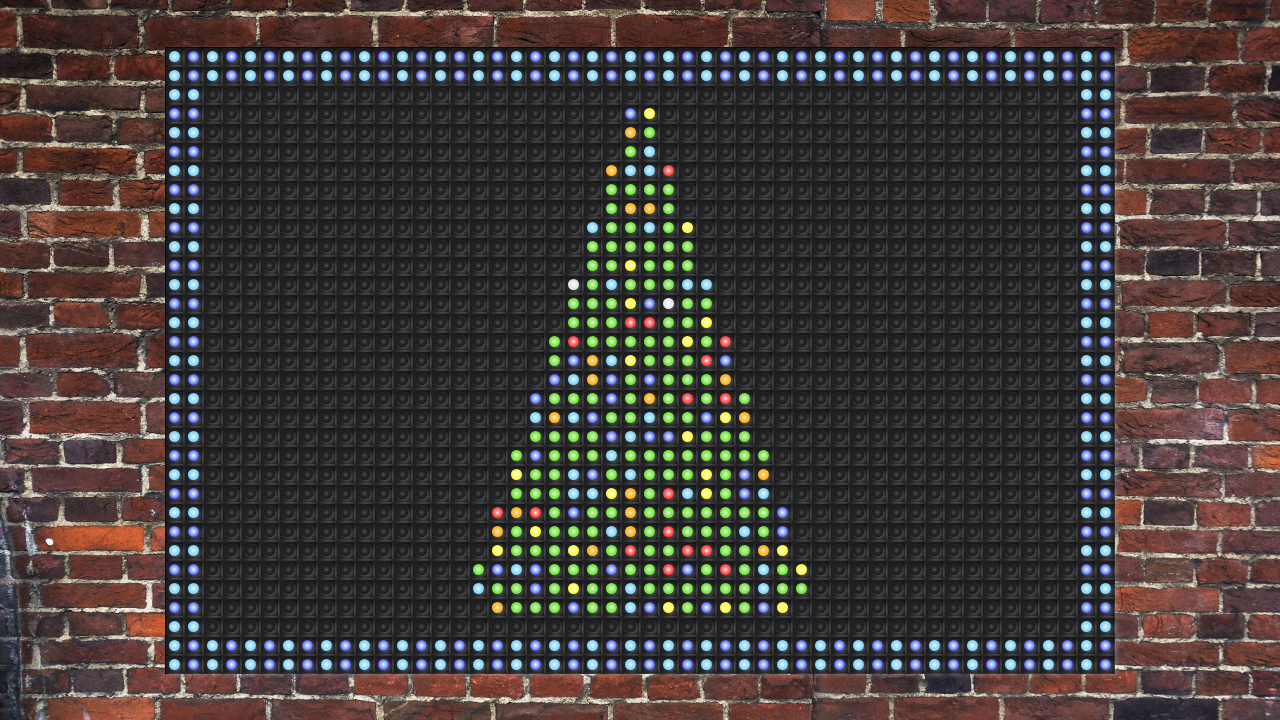
Repository: NadiaSchmitz/christmas
Page: index.html
The author's editor kept a record of every edit. The page is drawn from the files as they stood at one moment, then again after the next edit.
The browser window is 1280 px wide. The pictures show the whole page.

Above is the page before.

### index.html
<!DOCTYPE html>
<html>

<head>
  <meta charset="utf-8" />
  <title>Christmas</title>
  <link rel="stylesheet" href="./styles/reset.css" type="text/css" />
  <link rel="stylesheet" href="./styles/style.css" type="text/css" />
  <link rel="stylesheet" href="./styles/background.css" type="text/css" />
  <meta name="viewport" content="width=device-width, initial-scale=1.0">
  <link rel="shortcut icon" href="./images/favicon.png" type="image/x-icon">
  <script src="https://ajax.googleapis.com/ajax/libs/jquery/2.2.0/jquery.min.js"></script>
</head>

<body>
  <section id="christmas">
  <section class="wrapper"></section>
  </section>
  <script type="text/javascript" src="./js/disco.js"></script>
</body>

</html>


<!--https://mp3-tut.click/music/46634

Подробнее – на Mp3-Tut – https://mp3-tut.click/christmas-music-christmas-hits/46634-rockin-around-the-christmas-tree-->

### styles/reset.css
html, body, div, span, applet, object, iframe,
h1, h2, h3, h4, h5, h6, p, blockquote, pre,
a, abbr, acronym, address, big, cite, code,
del, dfn, em, img, ins, kbd, q, s, samp,
small, strike, strong, sub, sup, tt, var,
b, u, i, center,
dl, dt, dd, ol, ul, li,
fieldset, form, label, legend,
table, caption, tbody, tfoot, thead, tr, th, td,
article, aside, canvas, details, embed,
figure, figcaption, footer, header, hgroup,
menu, nav, output, ruby, section, summary,
time, mark, audio, video {
	margin: 0;
	padding: 0;
	box-sizing: border-box;
	border: 0;
	font-size: 100%;
	font: inherit;
	vertical-align: baseline;
}
/* HTML5 display-role reset for older browsers */
article, aside, details, figcaption, figure,
footer, header, hgroup, menu, nav, section {
	display: block;
}
body {
	line-height: 1;
}
ol, ul {
	list-style: none;
}
blockquote, q {
	quotes: none;
}
blockquote:before, blockquote:after,
q:before, q:after {
	content: '';
	content: none;
}
table {
	border-collapse: collapse;
	border-spacing: 0;
}

### styles/style.css
body {}

#christmas {
  min-height: calc(100vH);
  background-color: #000000;
  background-image: url(../images/christmas.jpg);
  background-size: cover;
}

.wrapper {
  background-color: #000000;
  text-align: center;
  margin: 0 auto;
}

.lamp_wrapper {
  display: inline-block;
  vertical-align: top;
  box-sizing: border-box;
  margin: 1px;
  padding: 3px;
  -webkit-box-shadow: 2px 2px 5px 0px rgba(242, 245, 247, 0.4);
  -moz-box-shadow: 2px 2px 5px 0px rgba(242, 245, 247, 0.4);
  box-shadow: 2px 2px 5px 0px rgba(242, 245, 247, 0.3);
}

.lamp_wrapper div {
  border-radius: 50%;
  box-sizing: border-box;
  -webkit-box-shadow: 2px 2px 5px 0px rgba(242, 245, 247, 0.4);
  -moz-box-shadow: 2px 2px 5px 0px rgba(242, 245, 247, 0.4);
  box-shadow: 2px 2px 5px 0px rgba(242, 245, 247, 0.3);
  background: rgb(78, 75, 75);
  background: radial-gradient(circle, rgba(78, 75, 75, 1) 0%, rgba(38, 38, 38, 1) 36%, rgba(22, 21, 21, 1) 100%);

}

#color_0 div {
  background: rgb(249, 249, 249);
  background: radial-gradient(circle, rgba(249, 249, 249, 1) 0%, rgba(255, 115, 115, 1) 36%, rgba(255, 0, 0, 1) 100%);
  animation: red_white 4s infinite;
}

#color_1 div {
  background: rgb(249, 249, 249);
  background: radial-gradient(circle, rgba(249, 249, 249, 1) 0%, rgba(255, 192, 64, 1) 36%, rgba(255, 171, 0, 1) 100%);
  animation: orange_yellow 4s infinite;
}

#color_2 div {
  background: rgb(249, 249, 249);
  background: radial-gradient(circle, rgba(249, 249, 249, 1) 0%, rgba(255, 253, 115, 1) 36%, rgba(255, 252, 0, 1) 100%);
  animation: yellow_orange 4s infinite;
}

#color_3 div {
  background: rgb(249, 249, 249);
  background: radial-gradient(circle, rgba(249, 249, 249, 1) 0%, rgba(149, 238, 107, 1) 36%, rgba(72, 221, 0, 1) 100%);
}

#color_4 div {
  background: rgb(249, 249, 249);
  background: radial-gradient(circle, rgba(249, 249, 249, 1) 0%, rgba(163, 225, 255, 1) 36%, rgba(88, 200, 255, 1) 100%);
  animation: lightblue_blue 4s infinite;
}

#color_5 div {
  background: rgb(249, 249, 249);
  background: radial-gradient(circle, rgba(249, 249, 249, 1) 0%, rgba(150, 181, 251, 1) 36%, rgba(33, 2, 227, 1) 100%);
  animation: blue_violet 4s infinite;
}

#color_6 div {
  background: rgb(249, 249, 249);
  background: radial-gradient(circle, rgba(249, 249, 249, 1) 0%, rgba(191, 129, 226, 1) 36%, rgba(138, 36, 166, 1) 100%);
}

#color_6 div {
  background: rgb(249, 249, 249);
  background: radial-gradient(circle, rgba(249, 249, 249, 1) 0%, rgba(191, 129, 226, 1) 36%, rgba(138, 36, 166, 1) 100%);
  animation: violet_blue 4s infinite;
}

#color_7 div {
  background: rgb(255, 255, 255);
  background: radial-gradient(circle, rgba(255, 255, 255, 1) 0%, rgb(236 236 239) 36%, rgb(223 221 221) 100%);
  animation: white_red 4s infinite;
}

#color_8 div {
  background: rgb(78, 75, 75);
  background: radial-gradient(circle, rgba(78, 75, 75, 1) 0%, rgba(38, 38, 38, 1) 36%, rgba(22, 21, 21, 1) 100%);
}

@keyframes red_white {
  0% {
    background: rgb(249, 249, 249);
    background: radial-gradient(circle, rgba(249, 249, 249, 1) 0%, rgba(255, 115, 115, 1) 36%, rgba(255, 0, 0, 1) 100%);
  }
  50% {
    background: rgb(255, 255, 255);
    background: radial-gradient(circle, rgba(255, 255, 255, 1) 0%, rgb(236 236 239) 36%, rgb(223 221 221) 100%);
  }
  100% {
    background: rgb(249, 249, 249);
    background: radial-gradient(circle, rgba(249, 249, 249, 1) 0%, rgba(255, 115, 115, 1) 36%, rgba(255, 0, 0, 1) 100%);
  }
}

@keyframes white_red {
  0% {
    background: rgb(255, 255, 255);
    background: radial-gradient(circle, rgba(255, 255, 255, 1) 0%, rgb(236 236 239) 36%, rgb(223 221 221) 100%);
  }
  50% {
    background: rgb(249, 249, 249);
    background: radial-gradient(circle, rgba(249, 249, 249, 1) 0%, rgba(255, 115, 115, 1) 36%, rgba(255, 0, 0, 1) 100%);
  }
  100% {
    background: rgb(255, 255, 255);
    background: radial-gradient(circle, rgba(255, 255, 255, 1) 0%, rgb(236 236 239) 36%, rgb(223 221 221) 100%);
  }
}

@keyframes yellow_orange {
  0% {
    background: rgb(249, 249, 249);
    background: radial-gradient(circle, rgba(249, 249, 249, 1) 0%, rgba(255, 253, 115, 1) 36%, rgba(255, 252, 0, 1) 100%);
  }
  50% {
    background: rgb(249, 249, 249);
    background: radial-gradient(circle, rgba(249, 249, 249, 1) 0%, rgba(255, 192, 64, 1) 36%, rgba(255, 171, 0, 1) 100%);
  }
  100% {
    background: rgb(249, 249, 249);
    background: radial-gradient(circle, rgba(249, 249, 249, 1) 0%, rgba(255, 253, 115, 1) 36%, rgba(255, 252, 0, 1) 100%);
  }
}

@keyframes orange_yellow {
  0% {
    background: rgb(249, 249, 249);
    background: radial-gradient(circle, rgba(249, 249, 249, 1) 0%, rgba(255, 192, 64, 1) 36%, rgba(255, 171, 0, 1) 100%);
  }
  50% {
    background: rgb(249, 249, 249);
    background: radial-gradient(circle, rgba(249, 249, 249, 1) 0%, rgba(255, 253, 115, 1) 36%, rgba(255, 252, 0, 1) 100%);
  }
  100% {
    background: rgb(249, 249, 249);
    background: radial-gradient(circle, rgba(249, 249, 249, 1) 0%, rgba(255, 192, 64, 1) 36%, rgba(255, 171, 0, 1) 100%);
  }
}

@keyframes violet_blue {
  0% {
    background: rgb(249, 249, 249);
    background: radial-gradient(circle, rgba(249, 249, 249, 1) 0%, rgba(191, 129, 226, 1) 36%, rgba(138, 36, 166, 1) 100%);
  }
  50% {
    background: rgb(249, 249, 249);
    background: radial-gradient(circle, rgba(249, 249, 249, 1) 0%, rgba(150, 181, 251, 1) 36%, rgba(33, 2, 227, 1) 100%);
  }
  100% {
    background: rgb(249, 249, 249);
    background: radial-gradient(circle, rgba(249, 249, 249, 1) 0%, rgba(191, 129, 226, 1) 36%, rgba(138, 36, 166, 1) 100%);
  }
}

@keyframes blue_violet {
  0% {
    background: rgb(249, 249, 249);
    background: radial-gradient(circle, rgba(249, 249, 249, 1) 0%, rgba(150, 181, 251, 1) 36%, rgba(33, 2, 227, 1) 100%);
  }
  50% {
    background: rgb(249, 249, 249);
    background: radial-gradient(circle, rgba(249, 249, 249, 1) 0%, rgba(191, 129, 226, 1) 36%, rgba(138, 36, 166, 1) 100%);
  }
  100% {
    background: rgb(249, 249, 249);
    background: radial-gradient(circle, rgba(249, 249, 249, 1) 0%, rgba(150, 181, 251, 1) 36%, rgba(33, 2, 227, 1) 100%);
  }
}

@keyframes lightblue_blue {
  0% {
    background: rgb(249, 249, 249);
    background: radial-gradient(circle, rgba(249, 249, 249, 1) 0%, rgba(163, 225, 255, 1) 36%, rgba(88, 200, 255, 1) 100%);
  }
  50% {
    background: rgb(249, 249, 249);
    background: radial-gradient(circle, rgba(249, 249, 249, 1) 0%, rgba(150, 181, 251, 1) 36%, rgba(33, 2, 227, 1) 100%);
  }
  100% {
    background: rgb(249, 249, 249);
    background: radial-gradient(circle, rgba(249, 249, 249, 1) 0%, rgba(163, 225, 255, 1) 36%, rgba(88, 200, 255, 1) 100%);
  }
}

### styles/background.css
.lamp_wrapper {
  background-image: url('data:[embedded picture, 2847 characters]');
}

### js/disco.js
var colorClass = [
  "color_0",
  "color_1",
  "color_2",
  "color_3",
  "color_4",
  "color_5",
  "color_6",
  "color_7",
  "color_8"
];

var text = [467, 468, 469, 471, 472, 475, 476, 477, 479, 481, 483, 484, 517, 521, 523, 525, 527, 529, 531, 533, 567, 568, 571, 572, 575, 577, 579, 580, 581, 583, 584, 617, 621, 622, 625, 627, 629, 631, 633, 667, 671, 673, 675, 676, 677, 679, 681, 683, 684, 804, 808, 810, 811, 813, 815, 817, 819, 822, 825, 829, 830, 832, 834, 836, 837, 838, 840, 841, 843, 846, 854, 858, 860, 863, 865, 867, 867, 869, 870, 872, 874, 876, 878, 882, 884, 887, 890, 893, 894, 896, 904, 906, 908, 910, 911, 913, 915, 916, 917, 919, 921, 922, 924, 926, 928, 932, 933, 934, 937, 940, 941, 943, 945, 946, 955, 957, 960, 963, 965, 967, 969, 972, 974, 975, 976, 978, 982, 984, 987, 990, 993, 996, 1005, 1007, 1010, 1011, 1013, 1015, 1017, 1019, 1022, 1024, 1026, 1029, 1030, 1032, 1034, 1037, 1040, 1041, 1043, 1046];

var tree = [174, 175, 224, 225, 274, 275, 323, 324, 325, 326, 373, 374, 375, 376, 423, 424, 425, 426, 472, 473, 474, 475, 476, 477, 522, 523, 524, 525, 526, 527, 572, 573, 574, 575, 576, 577, 621, 622, 623, 624, 625, 626, 627, 628, 671, 672, 673, 674, 675, 676, 677, 678, 721, 722, 723, 724, 725, 726, 727, 728, 770, 771, 772, 773, 774, 775, 776, 777, 778, 779, 820, 821, 822, 823, 824, 825, 826, 827, 828, 829, 870, 871, 872, 873, 874, 875, 876, 877, 878, 879, 919, 920, 921, 922, 923, 924, 925, 926, 927, 928, 929, 930, 969, 970, 971, 972, 973, 974, 975, 976, 977, 978, 979, 980, 1019, 1020, 1021, 1022, 1023, 1024, 1025, 1026, 1027, 1028, 1029, 1030, 1068, 1069, 1070, 1071, 1072, 1073, 1074, 1075, 1076, 1077, 1078, 1079, 1080, 1081, 1118, 1119, 1120, 1121, 1122, 1123, 1124, 1125, 1126, 1127, 1128, 1129, 1130, 1131, 1168, 1169, 1170, 1171, 1172, 1173, 1174, 1175, 1176, 1177, 1178, 1179, 1180, 1181, 1217, 1218, 1219, 1220, 1221, 1222, 1223, 1224, 1225, 1226, 1227, 1228, 1229, 1230, 1231, 1232, 1267, 1268, 1269, 1270, 1271, 1272, 1273, 1274, 1275, 1276, 1277, 1278, 1279, 1280, 1281, 1282, 1317, 1318, 1319, 1320, 1321, 1322, 1323, 1324, 1325, 1326, 1327, 1328, 1329, 1330, 1331, 1332, 1366, 1367, 1368, 1369, 1370, 1371, 1372, 1373, 1374, 1375, 1376, 1377, 1378, 1379, 1380, 1381, 1382, 1383, 1416, 1417, 1418, 1419, 1420, 1421, 1422, 1423, 1424, 1425, 1426, 1427, 1428, 1429, 1430, 1431, 1432, 1433, 1467, 1468, 1469, 1470, 1471, 1472, 1473, 1474, 1475, 1476, 1477, 1478, 1479, 1480, 1481, 1482];

var ball_1 = [374, 375, 424, 425, 474, 475];

var ball_2 = [523, 524, 525, 526, 572, 573, 621, 622, 670, 671, 719, 720, 769, 770, 819, 820, 869, 870, 919, 920, 969, 970, 1019, 1020, 1069, 1070, 1120, 1121, 1171, 1172, 1222, 1223, 1273, 1274, 1275, 1276, 1324, 1325, 1226, 1227, 1177, 1178, 1128, 1129, 729, 730, 779, 780, 829, 830, 879, 880, 929, 930, 979, 980, 1029, 1030, 1079, 1080, 678, 679, 627, 628, 576, 577];

var ball_3 = [574, 575, 623, 624, 625, 626, 672, 673, 721, 722, 771, 772, 821, 822, 871, 872, 921, 922, 971, 972, 1021, 1022, 1071, 1072, 1122, 1123, 1173, 1174, 1175, 1176, 1224, 1225, 1126, 1127, 727, 728, 777, 778, 827, 828, 877, 878, 927, 928, 977, 978, 1027, 1028, 1077, 1078, 676, 677];

var ball_4 = [674, 675, 723, 724, 725, 726, 773, 774, 775, 776, 823, 824, 825, 826, 873, 923, 973, 974, 975, 976, 1023, 1024, 1025, 1026, 1073, 1074, 1075, 1076, 1124, 1125, 876, 926];

var ball_5 = [874, 875, 924, 925];

var candle_1 = [1113, 1114, 1115, 1116, 1117, 1118, 1163, 1164, 1165, 1166, 1167, 1168, 1213, 1214, 1215, 1216, 1217, 1218, 1263, 1264, 1265, 1266, 1267, 1268, 1313, 1314, 1315, 1316, 1317, 1318, 1363, 1364, 1365, 1366, 1367, 1368, 1413, 1414, 1415, 1416, 1417, 1418, 1463, 1464, 1465, 1466, 1467, 1468, 1513, 1514, 1515, 1516, 1517, 1518, 1563, 1564, 1565, 1566, 1567, 1568, 1613, 1614, 1615, 1616, 1617, 1618, 721, 722, 723, 724, 725, 726, 771, 772, 773, 774, 775, 776, 821, 822, 823, 824, 825, 826, 871, 872, 873, 874, 875, 876, 921, 922, 923, 924, 925, 926, 971, 972, 973, 974, 975, 976, 1021, 1022, 1023, 1024, 1025, 1026, 1071, 1072, 1073, 1074, 1075, 1076, 1121, 1122, 1123, 1124, 1125, 1126, 1171, 1172, 1173, 1174, 1175, 1176, 1221, 1222, 1223, 1224, 1225, 1226, 1271, 1272, 1273, 1274, 1275, 1276, 1321, 1322, 1323, 1324, 1325, 1326, 1371, 1372, 1373, 1374, 1375, 1376, 1421, 1422, 1423, 1424, 1425, 1426, 1471, 1472, 1473, 1474, 1475, 1476, 1521, 1522, 1523, 1524, 1525, 1526, 1571, 1572, 1573, 1574, 1575, 1576, 1621, 1622, 1623, 1624, 1625, 1626, 879, 880, 881, 882, 883, 884, 929, 930, 931, 932, 933, 934, 979, 980, 981, 982, 983, 984, 1029, 1030, 1031, 1032, 1033, 1034, 1079, 1080, 1081, 1082, 1083, 1084, 1129, 1130, 1131, 1132, 1133, 1134, 1179, 1180, 1181, 1182, 1183, 1184, 1229, 1230, 1231, 1232, 1233, 1234, 1279, 1280, 1281, 1282, 1283, 1284, 1329, 1330, 1331, 1332, 1333, 1334, 1379, 1380, 1381, 1382, 1383, 1384, 1429, 1430, 1431, 1432, 1433, 1434, 1479, 1480, 1481, 1482, 1483, 1484, 1529, 1530, 1531, 1532, 1533, 1534, 1579, 1580, 1581, 1582, 1583, 1584, 1629, 1630, 1631, 1632, 1633, 1634];

var candle_2 = [816, 865, 866, 915, 916, 965, 966, 1014, 1015, 1016, 1017, 1065, 1066, 622, 473, 523, 573, 623, 673, 424, 474, 524, 574, 624, 674, 625, 780, 631, 681, 682, 731, 781, 831, 582, 632, 732, 782, 832, 783];

var candle_3 = [1014, 815, 865, 915, 965, 1015, 1065, 1016, 1066, 1017, 622, 423, 473, 523, 573, 623, 673, 624, 674, 625, 780, 581, 631, 681, 682, 731, 781, 831, 782, 832, 783];

var candle_4 = [866, 916, 966, 474, 524, 574, 632, 682, 732];

var caramel_1 = [381, 382, 383, 384, 430, 431, 432, 433, 434, 435, 478, 479, 480, 481, 482, 483, 484, 485, 486, 534, 535, 536, 537, 585, 586, 587, 635, 636, 637, 685, 686, 687, 734, 735, 527, 528, 529, 530, 531, 576, 577, 578, 579, 723, 724, 725, 726, 736, 772, 773, 774, 775, 785, 919, 920, 921, 922, 968, 969, 970, 971, 1115, 1116, 1117, 1118, 1164, 1165, 1166, 1167, 1311, 1312, 1313, 1314, 1360, 1361, 1362, 1363, 1411, 1412];

var caramel_2 = [625, 626, 627, 628, 674, 675, 676, 677, 821, 822, 823, 824, 870, 871, 872, 873, 1017, 1018, 1019, 1020, 1066, 1067, 1068, 1069, 1213, 1214, 1215, 1216, 1262, 1263, 1264, 1265];

$(document).ready(function() {
  var windowsWidth = $(window).width();
  var windowsHeight = $(window).height();
  var numberHeight = 33;
  var numberWidth = 50;

  var lampWrapperHeight = Math.floor((windowsHeight - 80) / numberHeight - 2);
  var number = numberWidth * numberHeight;
  var wrapperWidth = (lampWrapperHeight + 2) * numberWidth;
  var wrapperMargin = (windowsHeight - (lampWrapperHeight + 2) * numberHeight) / 2;

  $('.wrapper').css('width', wrapperWidth);
  $('#christmas').css('padding-top', wrapperMargin);
  $('#christmas').css('padding-bottom', wrapperMargin);

  for (var i = 0; i < number; i++) {
    /*var classL = Math.floor(Math.random() * colorClass.length);*/

    $('<div/>', {
      class: 'lamp_wrapper lamp_wrapper_size_L',
      /*id: colorClass[classL],*/
    }).appendTo('.wrapper');
  }

  $('<div></div>').appendTo('.lamp_wrapper');
  $('.lamp_wrapper').css('width', lampWrapperHeight);
  $('.lamp_wrapper').css('height', lampWrapperHeight);
  $('.lamp_wrapper div').css('width', lampWrapperHeight - 6);
  $('.lamp_wrapper div').css('height', lampWrapperHeight - 6);

  var lamps = $('.lamp_wrapper');

  for (var i = 0; i < lamps.length; i++) {
    $(lamps[i]).attr('data-number', i);
  }

  /*function lampsDisco() {
    for (var i = 0; i < lamps.length; i++) {
      var classI = Math.floor(Math.random() * colorClass.length);
      $(lamps[i]).attr('id', '');
      $(lamps[i]).attr('id', colorClass[classI]);
    }
  }*/
  function clearAll() {
    for (var i = 0; i < number; i++) {
      $(lamps[i]).attr('id', '');
    }
  }

  function borderFirstLevelTwoColors(color_a, color_b) {
    /*All lamps out*/
    /*for (var i = 0; i < lamps.length; i++) {
      $(lamps[i]).attr('id', '');
    }*/

    /*Border 2 rows top*/
    for (var i = 0; i < numberWidth * 2; i = i + 2) {
      $(lamps[i]).attr('id', color_a);
    }

    for (var i = 1; i < numberWidth * 2; i = i + 2) {
      $(lamps[i]).attr('id', color_b);
    }

    /*Border 2 rows bottom*/
    for (var i = number; i >= number - numberWidth * 2; i--) {
      if (i % 2 == 0) {
        $(lamps[i]).attr('id', color_a);
      }
      else {
        $(lamps[i]).attr('id', color_b);
      }
    }

    /*Border 2 columns left*/
    for (var i = 100; i < number - 100; i = i + 100) {
      $(lamps[i]).attr('id', color_a);
    }

    for (var i = 101; i < number - 100; i = i + 100) {
      $(lamps[i]).attr('id', color_a);
    }

    for (var i = 150; i < number - 100; i = i + 100) {
      $(lamps[i]).attr('id', color_b);
    }

    for (var i = 151; i < number - 100; i = i + 100) {
      $(lamps[i]).attr('id', color_b);
    }

    /*Border 2 columns left*/
    for (var i = 148; i < number - 100; i = i + 100) {
      $(lamps[i]).attr('id', color_a);
    }

    for (var i = 149; i < number - 100; i = i + 100) {
      $(lamps[i]).attr('id', color_a);
    }

    for (var i = 198; i < number - 100; i = i + 100) {
      $(lamps[i]).attr('id', color_b);
    }

    for (var i = 199; i < number - 100; i = i + 100) {
      $(lamps[i]).attr('id', color_b);
    }
  }

  function textMC(color_a) {
    for (var i = 0; i < number; i++) {
      $(lamps[i]).attr('id', '');
      for (var j = 0; j < text.length; j++) {
        if ($(lamps[i]).attr('data-number') == text[j]) {
          $(lamps[i]).attr('id', color_a);
        }
      }
    }
  }

  function treeMC() {
    for (var i = 0; i < number; i++) {
      $(lamps[i]).attr('id', '');
      for (var j = 0; j < tree.length; j++) {
        if ($(lamps[i]).attr('data-number') == tree[j]) {
          $(lamps[i]).attr('id', 'color_3');
          for (var k = 0; k < colorClass.length - 3; k++) {
            var classL = Math.floor(Math.random() * colorClass.length);
            $(lamps[i + classL]).attr('id', colorClass[k]);
          }
        }
      }
    }
  }

  function ballMC(color_a, color_b, color_c, color_d, color_e) {
    for (var i = 0; i < number; i++) {
      for (var j = 0; j < ball_1.length; j++) {
        if ($(lamps[i]).attr('data-number') == ball_1[j]) {
          $(lamps[i]).attr('id', color_a);
        }
      }

      for (var j = 0; j < ball_2.length; j++) {
        if ($(lamps[i]).attr('data-number') == ball_2[j]) {
          $(lamps[i]).attr('id', color_b);
        }
      }

      for (var j = 0; j < ball_3.length; j++) {
        if ($(lamps[i]).attr('data-number') == ball_3[j]) {
          $(lamps[i]).attr('id', color_c);
        }
      }

      for (var j = 0; j < ball_4.length; j++) {
        if ($(lamps[i]).attr('data-number') == ball_4[j]) {
          $(lamps[i]).attr('id', color_d);
        }
      }

      for (var j = 0; j < ball_5.length; j++) {
        if ($(lamps[i]).attr('data-number') == ball_5[j]) {
          $(lamps[i]).attr('id', color_e);
        }
      }
    }
  }

  function candleMC_1(color_a, color_b) {
    for (var i = 0; i < number; i++) {
      /*$(lamps[i]).attr('id', '');*/
      for (var j = 0; j < candle_1.length; j++) {
        if ($(lamps[i]).attr('data-number') == candle_1[j]) {
          $(lamps[i]).attr('id', color_a);
        }
      }

      for (var j = 0; j < candle_1.length; j++) {
        if ($(lamps[i]).attr('data-number') == candle_2[j]) {
          $(lamps[i]).attr('id', color_b);
        }
      }
    }
  }

  function caramelMC(color_a, color_b) {
    for (var i = 0; i < number; i++) {
      /*$(lamps[i]).attr('id', '');*/
      for (var j = 0; j < caramel_1.length; j++) {
        if ($(lamps[i]).attr('data-number') == caramel_1[j]) {
          $(lamps[i]).attr('id', color_a);
        }
      }

      for (var j = 0; j < caramel_2.length; j++) {
        if ($(lamps[i]).attr('data-number') == caramel_2[j]) {
          $(lamps[i]).attr('id', color_b);
        }
      }
    }
  }

  function frame_1() {
    clearAll()
    textMC(colorClass[0]);
    borderFirstLevelTwoColors(colorClass[7], colorClass[0]);
  }

  function frame_2() {
    treeMC()
    borderFirstLevelTwoColors(colorClass[4], colorClass[5]);
}

  function frame_3() {
    clearAll()
    ballMC(colorClass[2], colorClass[4], colorClass[5], colorClass[6], colorClass[2])
    borderFirstLevelTwoColors(colorClass[4], colorClass[2]);
  }

  function frame_4() {
    clearAll()
    candleMC_1(colorClass[0], colorClass[2])
    borderFirstLevelTwoColors(colorClass[1], colorClass[0]);
  }

  function frame_5() {
    clearAll()
    caramelMC(colorClass[0], colorClass[7])
    borderFirstLevelTwoColors(colorClass[4], colorClass[3]);
  }

  function clip() {
  frame_1();
  setTimeout(frame_2, 5000);
  setTimeout(frame_3, 10000);
  setTimeout(frame_4, 15000);
  setTimeout(frame_5, 20000);
  setTimeout(frame_1, 25000);
  }

clip()


});

After the next edit:
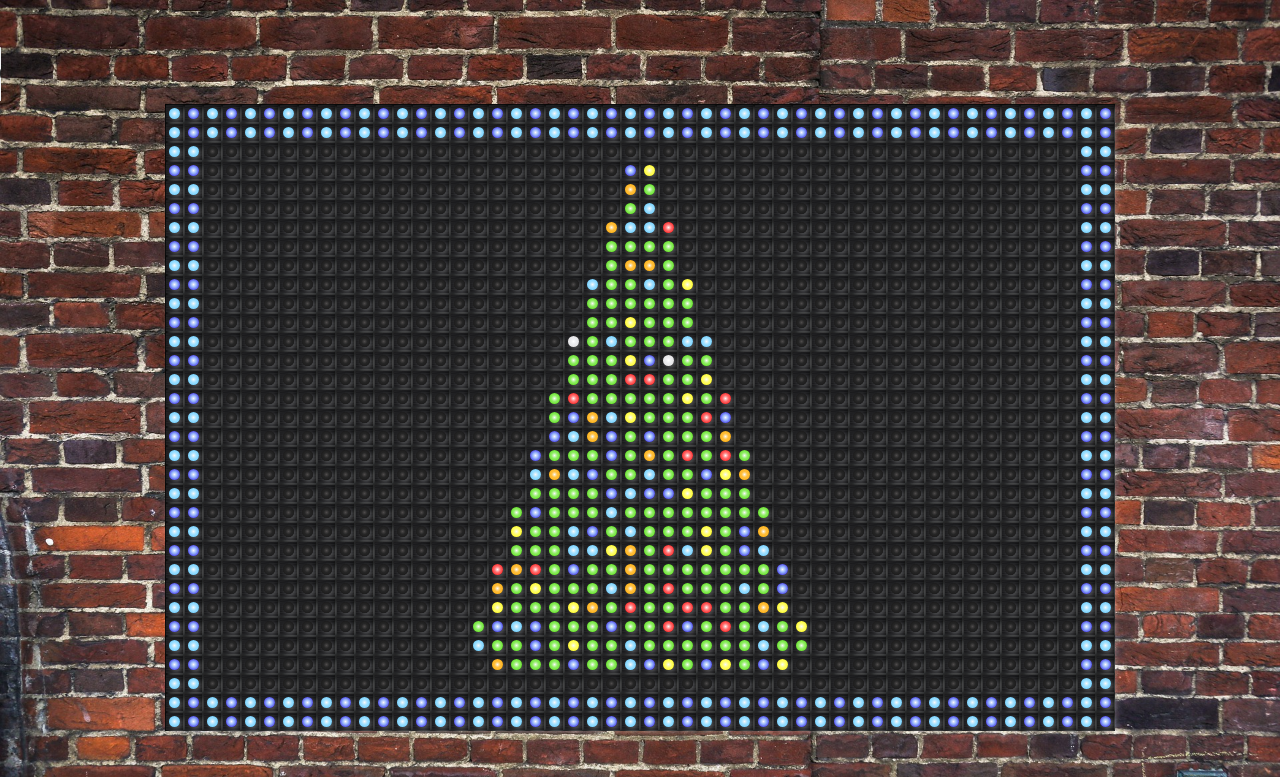
The edit:
--- a/index.html
+++ b/index.html
@@ -14,14 +14,14 @@
 
 <body>
   <section id="christmas">
-  <section class="wrapper"></section>
+    <audio controls>
+  <source src="horse.ogg" type="audio/ogg">
+  <source src="horse.mp3" type="audio/mpeg">
+Your browser does not support the audio element.
+</audio>
+    <section class="wrapper"></section>
   </section>
   <script type="text/javascript" src="./js/disco.js"></script>
 </body>
 
 </html>
-
-
-<!--https://mp3-tut.click/music/46634
-
-Подробнее – на Mp3-Tut – https://mp3-tut.click/christmas-music-christmas-hits/46634-rockin-around-the-christmas-tree-->
